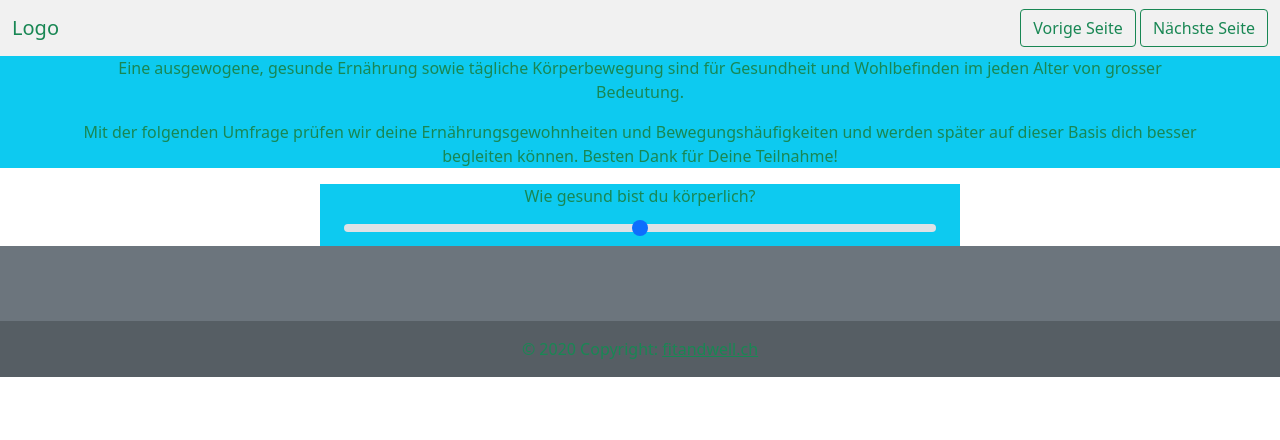
Repository: stephane71183101/Stephane-Personal-Health-Survey
Page: http://localhost/form-q01-start-page.php
The author's editor kept a copy of each file at every save. The page is drawn from the files as they stood at one save, then again after the next save.
The browser window is 1280 px wide. The pictures show the whole page.
The page is run by PHP 8.4 with error messages shown; the project is at /var/www/html/.

Above is the page before, as saved 2022-03-15 16:12:53.

### form-q01-start-page.php
<!DOCTYPE html>
<html lang="en">
<head>
    <meta charset="UTF-8">
    <meta http-equiv="X-UA-Compatible" content="IE=edge">
    <meta name="viewport" content="width=device-width, initial-scale=1.0">
    <title>Document</title>
    <link href="https://cdn.jsdelivr.net/npm/bootstrap@5.1.3/dist/css/bootstrap.min.css" rel="stylesheet" integrity="sha384-1BmE4kWBq78iYhFldvKuhfTAU6auU8tT94WrHftjDbrCEXSU1oBoqyl2QvZ6jIW3" crossorigin="anonymous">
    <script src="https://cdn.jsdelivr.net/npm/bootstrap@5.1.3/dist/js/bootstrap.bundle.min.js" integrity="sha384-ka7Sk0Gln4gmtz2MlQnikT1wXgYsOg+OMhuP+IlRH9sENBO0LRn5q+8nbTov4+1p" crossorigin="anonymous"></script>
</head>

<header>
    <nav class="navbar navbar-expand-lg navbar-light" style="background-color: #f1f1f1">
    <div class="container-fluid">
        <a class="navbar-brand text-success" href="#">Logo</a>
        <div class="nav justify-content-end" id="navbarNav">
            <form class="d-flexme-2">
                <button class="btn btn-outline-success" type="submit">Vorige Seite</button>
                <button class="btn btn-outline-success" type="submit">Nächste Seite</button>
            </form>
        </div>
    </div>
    </nav>
</header>

<body>

    <div class="container-fluid text-center text-success bg-info">
        <div  class="container-sm">
        <p>Eine ausgewogene, gesunde Ernährung sowie tägliche Körperbewegung sind für Gesundheit und Wohlbefinden im jeden Alter von grosser Bedeutung.</p>
        <p>Mit der folgenden Umfrage prüfen wir deine Ernährungsgewohnheiten und Bewegungshäufigkeiten und werden später auf dieser Basis dich besser begleiten können. Besten Dank für Deine Teilnahme!</p>
        </div>
    </div>

    <div class="container-fluid  col-6 text-center text-success bg-info">
        <div  class="container">
        <form>
        <label for="customRange1" class="form-label">Wie gesund bist du körperlich?</label>
        <input type="range" class="form-range" id="customRange1">
        </form>
        </div>
    </div>

<footer>
    <div class="text-center text-white bg-secondary">
    <!-- Grid container -->
    <div class="container pt-4">
        <!-- Section: Social media -->
        <section class="mb-4">
        <!-- Facebook -->
        <a
            class="btn btn-link btn-floating btn-lg text-dark m-1"
            href="#"
            role="button"
            data-mdb-ripple-color="dark"
            ><i class="fab fa-facebook-f"></i
        ></a>

        <!-- Twitter -->
        <a
            class="btn btn-link btn-floating btn-lg text-dark m-1"
            href="#!"
            role="button"
            data-mdb-ripple-color="dark"
            ><i class="fab fa-twitter"></i
        ></a>

        <!-- Google -->
        <a
            class="btn btn-link btn-floating btn-lg text-dark m-1"
            href="#!"
            role="button"
            data-mdb-ripple-color="dark"
            ><i class="fab fa-google"></i
        ></a>

        <!-- Instagram -->
        <a
            class="btn btn-link btn-floating btn-lg text-dark m-1"
            href="#!"
            role="button"
            data-mdb-ripple-color="dark"
            ><i class="fab fa-instagram"></i
        ></a>

        <!-- Linkedin -->
        <a
            class="btn btn-link btn-floating btn-lg text-dark m-1"
            href="#!"
            role="button"
            data-mdb-ripple-color="dark"
            ><i class="fab fa-linkedin"></i
        ></a>
        <!-- Github -->
        <a
            class="btn btn-link btn-floating btn-lg text-dark m-1"
            href="#!"
            role="button"
            data-mdb-ripple-color="dark"
            ><i class="fab fa-github"></i
        ></a>
        </section>
        <!-- Section: Social media -->
    </div>
    <!-- Grid container -->

    <!-- Copyright -->
    <div class="text-center text-success p-3" style="background-color: rgba(0, 0, 0, 0.2);">
        © 2020 Copyright:
        <a class="text-success" href="#">fitandwell.ch</a>
    </div>
    <!-- Copyright -->
    </div>
</footer>
</body>

</html>

After the next save:
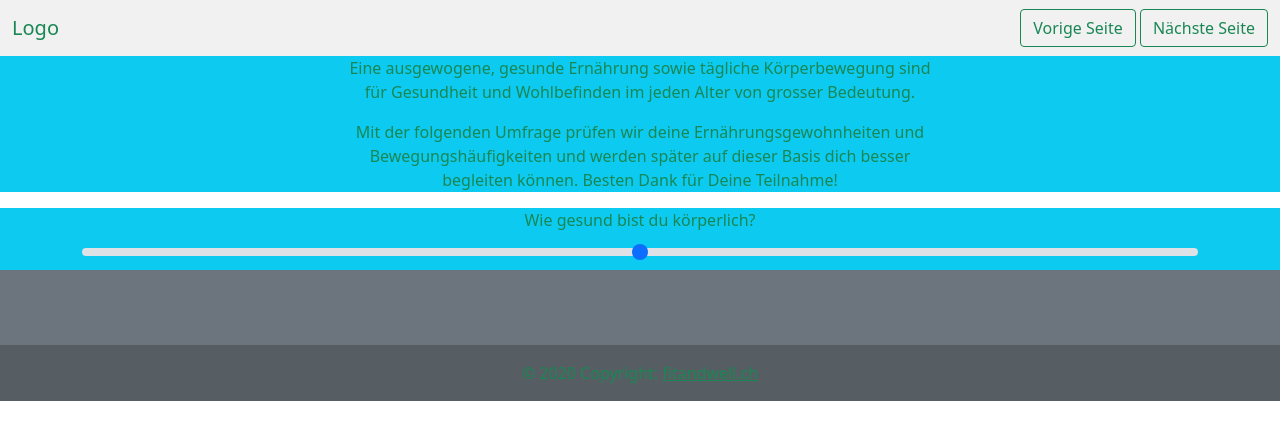
Saved 20 s later.
--- a/form-q01-start-page.php
+++ b/form-q01-start-page.php
@@ -26,13 +26,13 @@
 <body>
 
     <div class="container-fluid text-center text-success bg-info">
-        <div  class="container-sm">
+        <div  class="container col-6">
         <p>Eine ausgewogene, gesunde Ernährung sowie tägliche Körperbewegung sind für Gesundheit und Wohlbefinden im jeden Alter von grosser Bedeutung.</p>
         <p>Mit der folgenden Umfrage prüfen wir deine Ernährungsgewohnheiten und Bewegungshäufigkeiten und werden später auf dieser Basis dich besser begleiten können. Besten Dank für Deine Teilnahme!</p>
         </div>
     </div>
 
-    <div class="container-fluid  col-6 text-center text-success bg-info">
+    <div class="container-fluid text-center text-success bg-info">
         <div  class="container">
         <form>
         <label for="customRange1" class="form-label">Wie gesund bist du körperlich?</label>
